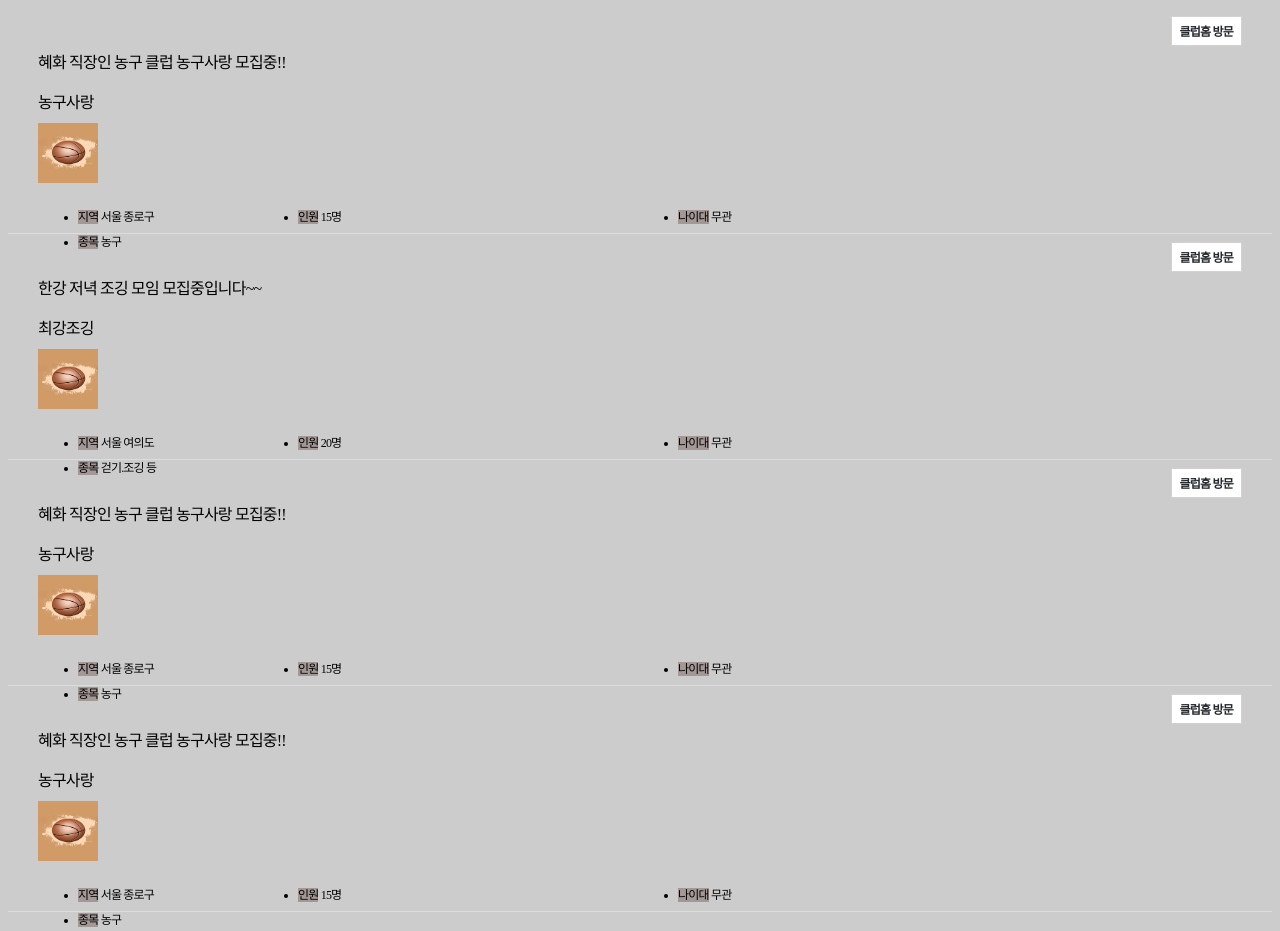
Repository: jaemin333/study
Page: club.html
The author's editor kept a copy of each file at every save. The page is drawn from the files as they stood at one save, then again after the next save.
The browser window is 1280 px wide. The pictures show the whole page.

Above is the page before, as saved 2021-07-02 02:18:11.

After the next save:
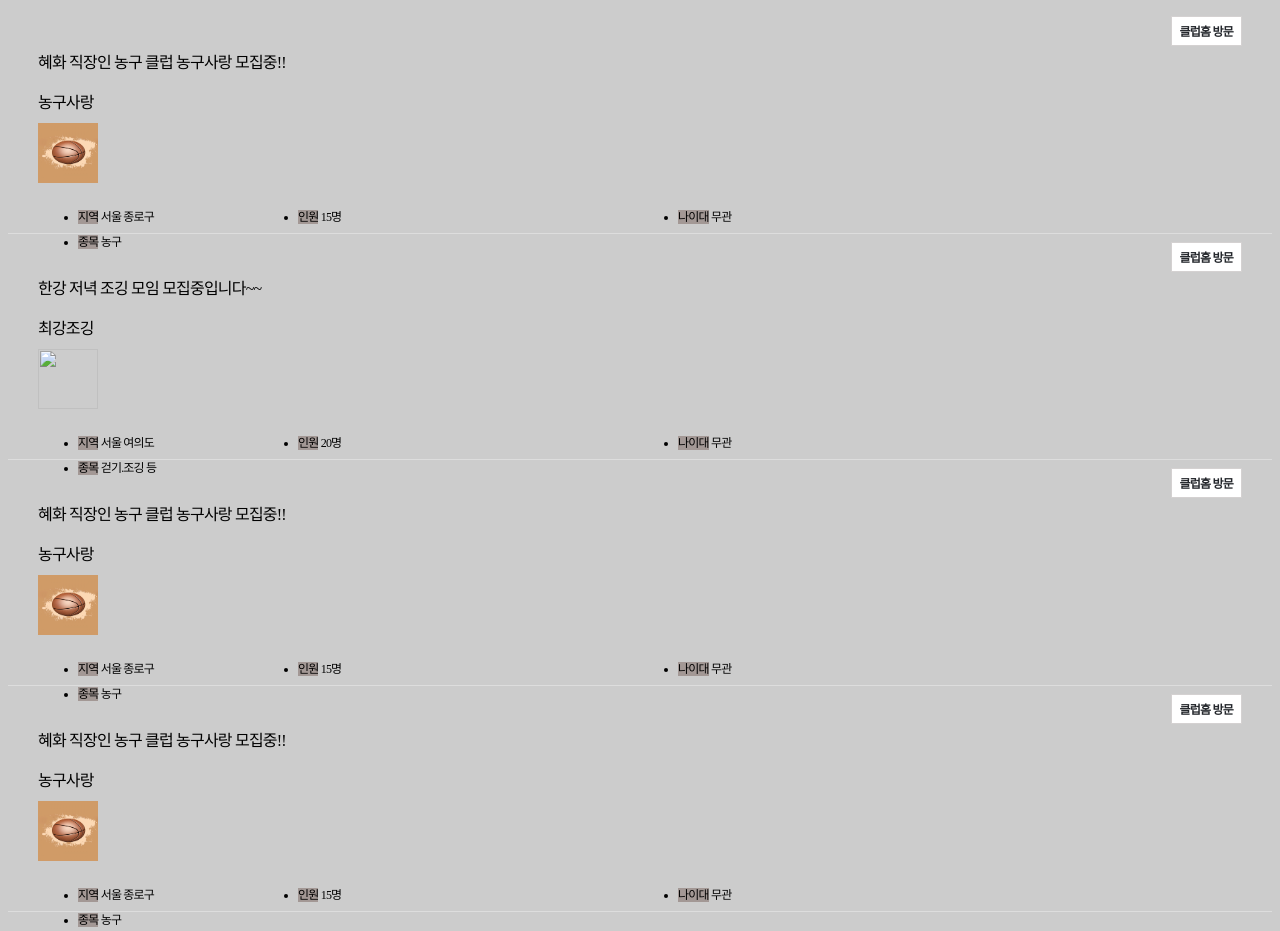
Not found: run.png
Saved 3 min 30 s later.
--- a/club.html
+++ b/club.html
@@ -58,7 +58,7 @@
         <div class ="cbInfo">
             <div class="cbMark">
                 <span class="clubmark">
-                    <img src = "bask.png" width="60" height="60">
+                    <img src = "run.png" width="60" height="60">
             </div>
         <ul>
             <li>

After the save that followed:
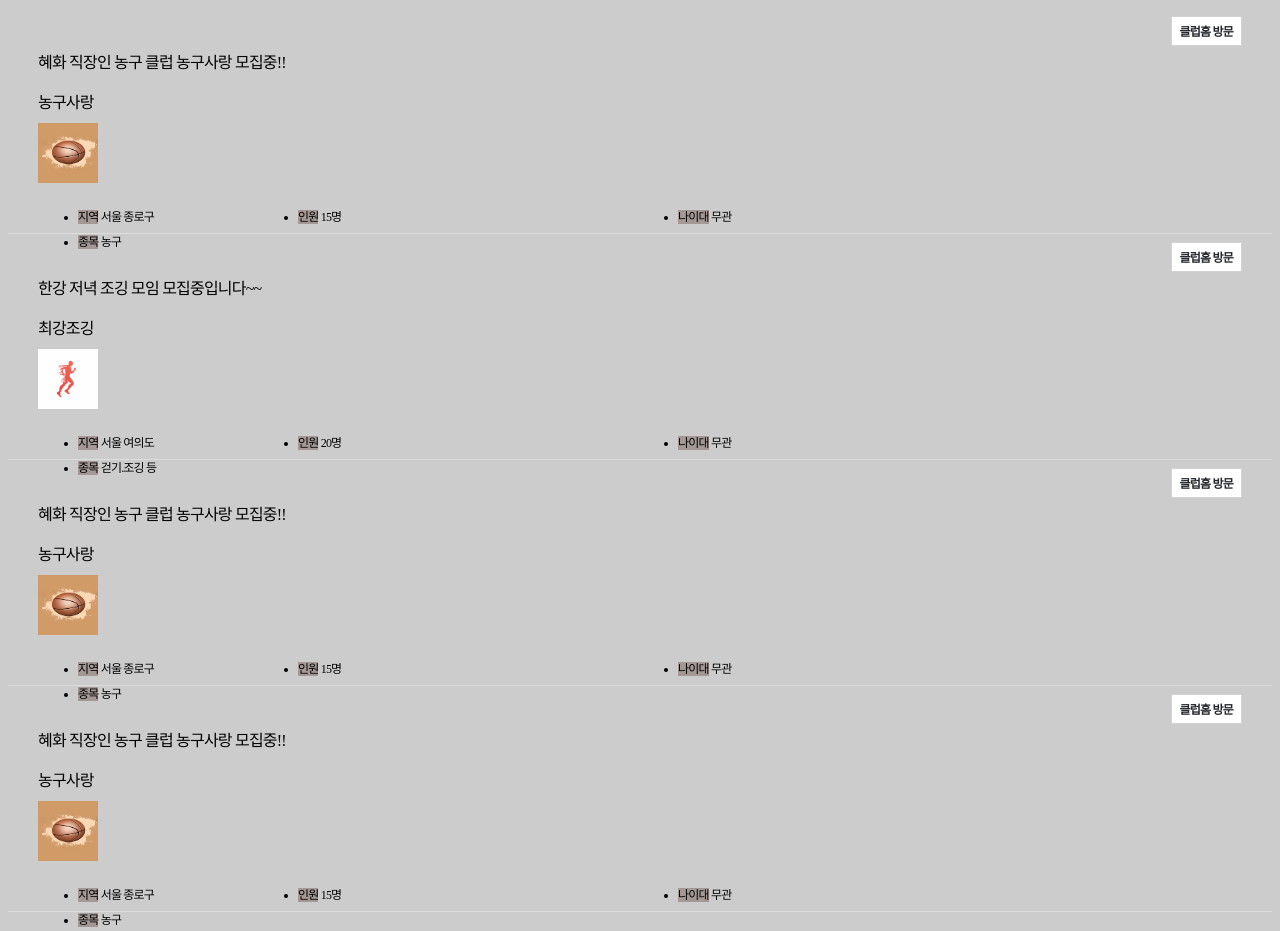
Saved 78 s later.
--- a/club.html
+++ b/club.html
@@ -58,7 +58,7 @@
         <div class ="cbInfo">
             <div class="cbMark">
                 <span class="clubmark">
-                    <img src = "run.png" width="60" height="60">
+                    <img src = "run.jpg" width="60" height="60">
             </div>
         <ul>
             <li>
